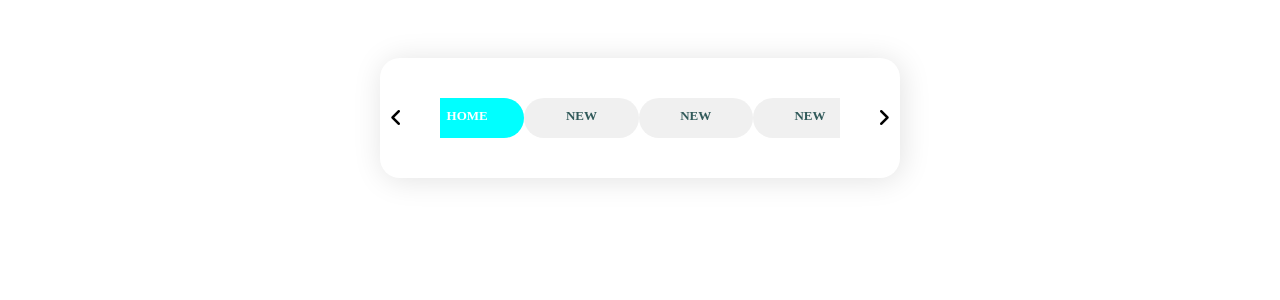
Repository: KHANHD192/JS_evondev
Page: eondev/tab_scroll/index.html
An editor plug-in stored every save of this project. The page is shown before and after the next save, followed by the edit.
The browser window is 1280 px wide. The pictures show the whole page.
After loading, the first visible `div.tab-item` was clicked once.

Above is the page before, as saved 2023-05-30 21:30:59.

### eondev/tab_scroll/index.html
<!DOCTYPE html>
<html lang="en">
<head>
    <meta charset="UTF-8">
    <meta http-equiv="X-UA-Compatible" content="IE=edge">
    <meta name="viewport" content="width=device-width, initial-scale=1.0">
    <title>tab</title>
    <link rel="stylesheet" href="https://cdnjs.cloudflare.com/ajax/libs/font-awesome/6.4.0/css/all.min.css" integrity="sha512-iecdLmaskl7CVkqkXNQ/ZH/XLlvWZOJyj7Yy7tcenmpD1ypASozpmT/E0iPtmFIB46ZmdtAc9eNBvH0H/ZpiBw==" crossorigin="anonymous" referrerpolicy="no-referrer" />
    <style>

       html{
        box-sizing: border-box;
        font-size: 62.5%;
       }
       .tab_content {
         display: none;
       }
       .tab-item.active{
        background-color: aqua;
        color: white;

       }
       .tab-item{
        background-color: rgba(192, 192, 192, 0.24);
        color:rgb(49, 90, 90);
       }
       body{
        display: flex;
        justify-content: center;
        align-items: center;

       }
       .tab_container{
        margin-top:5rem;
        width: 50rem;
        height: 12rem;
        box-shadow: 2px 2px 3rem rgba(0, 0, 0, 0.116);
        /* border: 1px solid slategray; */
        position: relative;
        border-radius: 2rem;
        display: flex;
        justify-content: space-between;
        align-items:center;
        padding: 0 10px;
       }
       .tab_list{
        width: 80%;
        margin-top: 2rem;
        overflow: auto;
        overflow: -moz-scrollbars-none;
        overflow: hidden;
      -ms-overflow-style: none;
       margin :auto;

       }
       .list_content{
        display: flex;
        width: 200%;
        white-space: nowrap;

       }
       .tab_list::-webkit-scrollbar {
         display: none;
}
 .fa-solid{
  font-size: 2rem;
 }
       .tab-item{
        user-select: none;
        width: 12rem;
        height: 3rem;
        border-radius: 999px;
        cursor: pointer;
        text-align: center;
        font-weight: bold;
        font-size: 1.3rem;
        padding-top: 1rem;
       }
       .tab_wrap{
        margin-top: 3rem;
         text-align: center;
       }
       .tab_content.active{
            display: block;
       }
    </style>
</head>
<body>
    <div class="tab_container">
      <i class="fa-solid fa-angle-left"></i>
        <div class="tab_list">
           <div class="list_content">
            <div class="tab-item active">HOME</div>
            <div class="tab-item ">NEW</div>
            <div class="tab-item ">NEW</div>
            <div class="tab-item ">NEW</div>
            <div class="tab-item ">ABOUT US</div>
            <div class="tab-item ">ABOUT US</div>
            <div class="tab-item ">ABOUT US</div>
           </div>
          </div>
          <i class="fa-solid fa-angle-right"></i>

    </div>
    <script src="./app.js"></script>
</body>
</html>

### eondev/tab_scroll/app.js
function click_sildeTab(){
   let button = document.querySelectorAll('.tab-item');
   let tab_list = document.querySelector('.tab_list');
   console.log(button);
   let ders = document.querySelectorAll('.tab_content');
   for(let i = 0 ; i < button.length ; i++){
      button[i].onclick = function(){
         // xử dụng kĩ thuật là css cứng cho 1 item đã active rồi khi click vào button khác thì chỉ việc xóa class active đó rồi gán vô class khác !

         let buttonCurrent = document.querySelector('.tab-item.active');
         buttonCurrent.classList.remove('active');
         button[i].classList.add('active');
             // bên trái so với parent chứa nó !
         let position = button[i].offsetLeft;
         console.log(position);
         tab_list.scroll(position/2,0);
         }
   }

}
click_sildeTab();

After the next save:
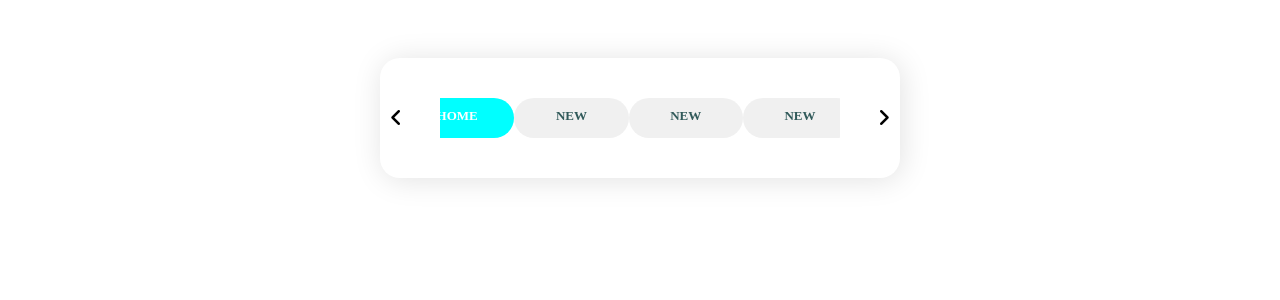
Saved 25 s later.
--- a/eondev/tab_scroll/app.js
+++ b/eondev/tab_scroll/app.js
@@ -13,7 +13,7 @@ function click_sildeTab(){
              // bên trái so với parent chứa nó !
          let position = button[i].offsetLeft;
          console.log(position);
-         tab_list.scroll(position/2,0);
+         tab_list.scroll(position/2+10,0);
          }
    }
 
